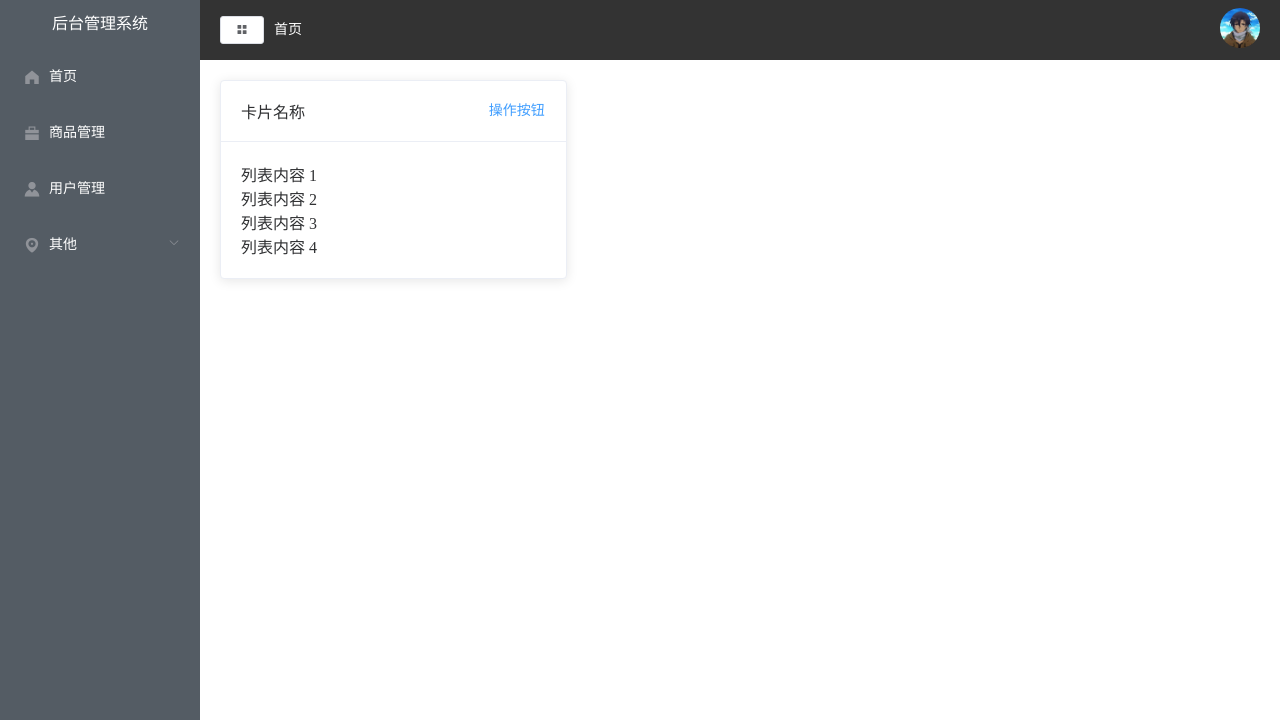
Repository: ldqml/ldqml.github.io
Page: /
An editor plug-in stored every save of this project. The page is shown before and after the next save, followed by the edit.
The browser window is 1280 px wide. The pictures show the whole page.
The project was rebuilt for these pictures with package versions that can differ from the ones it lists, and the page was loaded fresh each time. Also part of the build but not shown: vue.config.js, src/views/User.vue, src/views/Mall.vue, src/views/PageOne.vue, src/views/PageTwo.vue.

Above is the page before, as saved 2022-11-01 12:59:24.

### src/main.js
import Vue from 'vue'
import App from './App.vue'
import ElementUi from 'element-ui'
import 'element-ui/lib/theme-chalk/index.css'
import router from './router'
import store from './store'

Vue.use(ElementUi)
Vue.config.productionTip = false

new Vue({
  router,
  store,
  render: h => h(App),
}).$mount('#app')

### src/App.vue
<template>
  <div id="app">
    <!-- <el-row>
      <el-button disabled>默认按钮</el-button>
      <el-button type="primary" disabled>主要按钮</el-button>
      <el-button type="success" disabled>成功按钮</el-button>
      <el-button type="info" disabled>信息按钮</el-button>
      <el-button type="warning" disabled>警告按钮</el-button>
      <el-button type="danger" disabled>危险按钮</el-button>
    </el-row> -->
    <router-view></router-view>
  </div>
</template>

<script>
export default {
  name: "App",
  components: {},
};
</script>

<style lang="less">
html, body,h3{
  margin: 0;
  padding: 0;
}
</style>

### src/router/index.js
import Vue from 'vue'
import VueRouter from 'vue-router'
import User from '../views/User.vue'
import Home from '../views/Home.vue'
import Main from '../views/Main.vue'
import Mall from '../views/Mall.vue'
import PageOne from '../views/PageOne.vue'
import PageTwo from '../views/PageTwo.vue'

Vue.use(VueRouter)

const routes = [
    {
        path:'/',
        component:Main,
        redirect:'/home',
        children:[
            {
                path:'/',
                component: Home
            },
            {
                path:'/user',
                component: User
            },
            {
                path:'/mall',
                component: Mall
            },
            {
                path:'/page1',
                component: PageOne
            },
            {
                path:'/page2',
                component: PageTwo
            }
        ]
    }
]

const router = new VueRouter({
    routes
})

export default router

### src/store/index.js
import Vue from 'vue'
import Vuex from 'vuex'
import tab from './tab'

Vue.use(Vuex)

export default new Vuex.Store({
    modules:{
        tab
    }
})

### src/views/Home.vue
<template>
  <div>
    <el-row>
      <el-col :span="8">
        <div class="grid-content bg-purple">
          <el-card class="box-card">
            <div slot="header" class="clearfix">
              <span>卡片名称</span>
              <el-button style="float: right; padding: 3px 0" type="text"
                >操作按钮</el-button
              >
            </div>
            <div v-for="o in 4" :key="o" class="text item">
              {{ "列表内容 " + o }}
            </div>
          </el-card>
        </div>
      </el-col>
      <el-col :span="16"
        ><div class="grid-content bg-purple-light"></div
      ></el-col>
    </el-row>
  </div>
</template>
<script>
export default {
  data() {
    return {};
  },
};
</script>

### src/views/Main.vue
<template>
  <div>
    <el-container>
      <el-aside width="auto">
        <com-aside></com-aside>
      </el-aside>
      <el-container>
        <el-header>
          <com-header></com-header>
        </el-header>
        <el-main>
            <router-view></router-view>
        </el-main>
      </el-container>
    </el-container>
  </div>
</template>
<script>
import ComAside from '../components/ComAside.vue'
import ComHeader from '../components/ComHeader.vue'
export default {
  data() {
    return {}
  },
  components:{
    ComAside,
    ComHeader
  }
};
</script>

<style scoped>
.el-header{
  padding: 0;
}
</style>

### src/store/tab.js
export default{
    state:{
        isCollapse:false
    },
    mutations:{
        collapseMenu(state){
            state.isCollapse= !state.isCollapse
        }
    }
}

### src/components/ComAside.vue
<template>
  <el-menu
    default-active="1-4-1"
    class="el-menu-vertical-demo"
    @open="handleOpen"
    @close="handleClose"
    :collapse="isCollapse"
    background-color="#545c64"
    text-color="#fff"
    active-text-color="#ffd04b"
  >
    <h3>{{isCollapse ? '后台' : '后台管理系统'}}</h3>
    <el-menu-item @click="toPage(item)" v-for="item in noChildren" :key='item.name' :index="item.name">
      <i :class="`el-icon-${item.icon}`"></i>
      <span slot="title">{{item.label}}</span>
    </el-menu-item>
    <el-submenu v-for="item in hasChildren" :key="item.label" :index="item.label">
      <template slot="title">
        <i class="el-icon-location"></i>
        <span slot="title">{{item.label}}</span>
      </template>
      <el-menu-item-group>
        <el-menu-item @click="toPage(subitem)" v-for="subitem in item.children" :key="subitem.name" :index="subitem.name">{{subitem.label}}</el-menu-item>
      </el-menu-item-group>
    </el-submenu>
  </el-menu>
</template>

<style lang="less" scoped>
.el-menu-vertical-demo:not(.el-menu--collapse) {
  width: 200px;
  min-height: 400px;
}
.el-menu{
  height: 100vh;
  h3{
    color: #fff;
    text-align: center;
    line-height: 48px;
    font-size: 16px;
    font-weight: 400;
  }
}
</style>

<script>
export default {
  data() {
    return {
      menuDate:[
        {
          path: '/',
          name: 'home',
          label: '首页',
          icon: 's-home',
          url: 'Home/Home'
        },
        {
          path: '/mall',
          name: 'mall',
          label: '商品管理',
          icon: 's-cooperation',
          url: 'MallManage/MallManage'
        },
        {
          path: '/user',
          name: 'user',
          label: '用户管理',
          icon: 's-custom',
          url: 'UserManage/UserManage'
        },
        {
          label: '其他',
          icon: 'location',
          children: [
            {
              path: '/page1',
              name: 'page1',
              label: '首页1',
              icon: 'setting',
              url: 'Other/PageOne'
            },
            {
              path: '/page2',
              name: 'page2',
              label: '首页2',
              icon: 'setting',
              url: 'Other/PageTwo'
            }
          ]
        }
      ]
    };
  },
  methods: {
    handleOpen(key, keyPath) {
      console.log(key, keyPath);
    },
    handleClose(key, keyPath) {
      console.log(key, keyPath);
    },
    toPage(item){
      if(this.$route.path != item.path && !(this.$route.path === '/home' && (item.path === '/'))){
        this.$router.push(item.path)
      }
    }
  },
  computed:{
    noChildren(){
        return this.menuDate.filter(item => !item.children)
    },
    hasChildren(){
        return this.menuDate.filter(item => item.children)
    },
    isCollapse(){
      return this.$store.state.tab.isCollapse
    }
  }
};
</script>

<style lang="less" scoped>
.el-menu{
  border-right: none;
}
</style>

### src/components/ComHeader.vue
<template>
  <div class="header-container">
    <div class="l-content">
      <el-button @click="handMenu" icon="el-icon-menu" size="mini"></el-button>
      <span class="text">首页</span>
    </div>
    <div class="r-content">
      <el-dropdown>
        <span class="el-dropdown-link">
          <img class="user" src="../images/1.jpeg" alt="">
        </span>
        <el-dropdown-menu slot="dropdown">
          <el-dropdown-item>个人中心</el-dropdown-item>
          <el-dropdown-item>退出</el-dropdown-item>
        </el-dropdown-menu>
      </el-dropdown>
    </div>
  </div>
</template>
<script>
export default {
  data() {
    return {};
  },
  methods:{
    handMenu(){
        this.$store.commit('collapseMenu')
    }
  }
};
</script>

<style lang="less" scoped>
.header-container {
  padding: 0 20px;
  background-color: #333;
  height: 60px;
  display: flex;
  justify-content: space-between;
  align-items: center;
  .text {
    color: #fff;
    font-size: 14px;
    margin-left: 10px;
  }
  .r-content{
    .user{
        width: 40px;
        height: 40px;
        border-radius: 50%;
    }
  }
}
</style>

Loaded but not shown: public/index.html (common file)

After the next save:
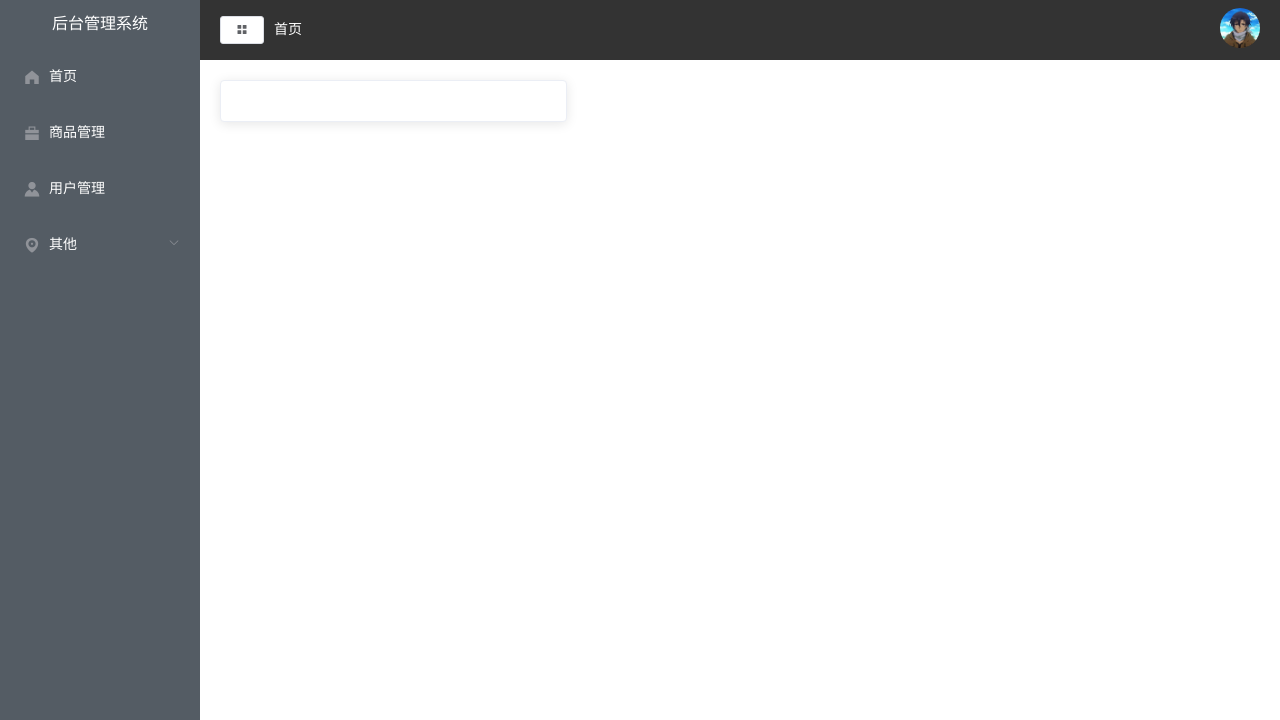
Saved 25 s later.
--- a/src/views/Home.vue
+++ b/src/views/Home.vue
@@ -4,15 +4,7 @@
       <el-col :span="8">
         <div class="grid-content bg-purple">
           <el-card class="box-card">
-            <div slot="header" class="clearfix">
-              <span>卡片名称</span>
-              <el-button style="float: right; padding: 3px 0" type="text"
-                >操作按钮</el-button
-              >
-            </div>
-            <div v-for="o in 4" :key="o" class="text item">
-              {{ "列表内容 " + o }}
-            </div>
+
           </el-card>
         </div>
       </el-col>
